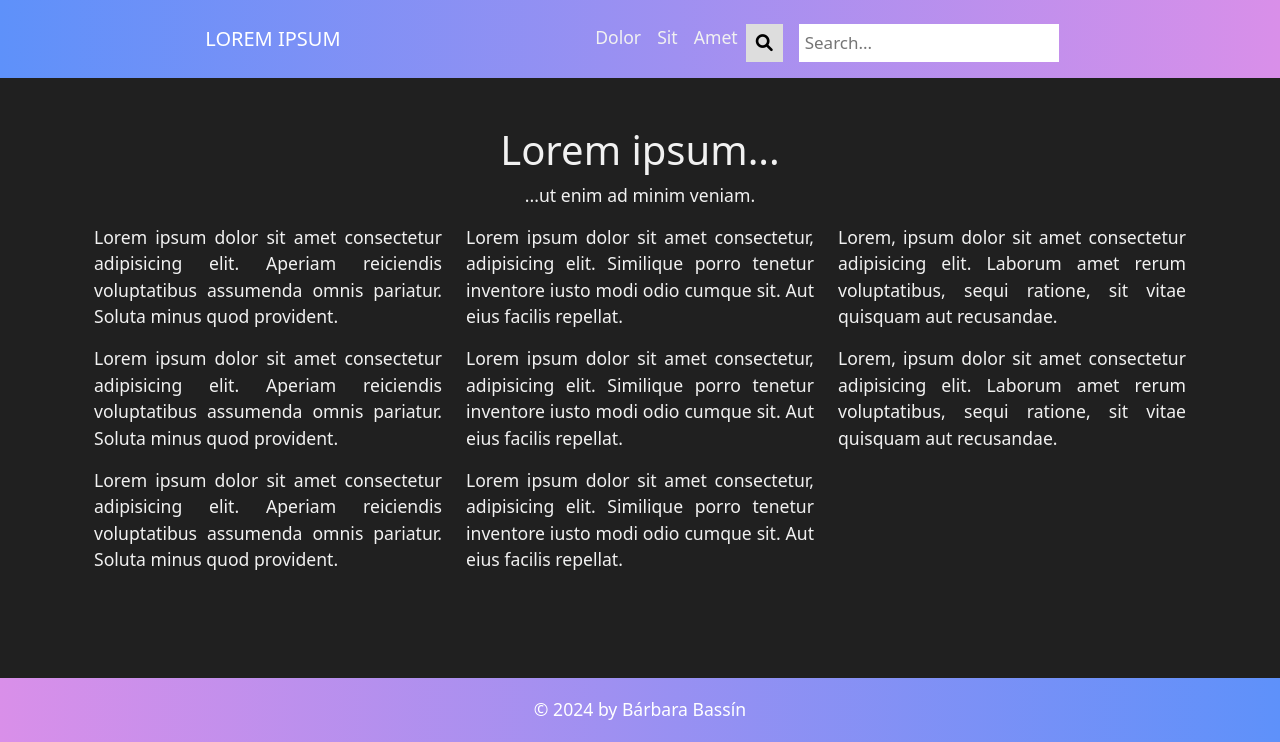
Repository: romancegirl/responsiveness
Page: index.html
The author's editor kept a copy of each file at every save. The page is drawn from the files as they stood at one save, then again after the next save.
The browser window is 1280 px wide. The pictures show the whole page.

Above is the page before, as saved 2024-11-19 19:40:22.

### index.html
<!DOCTYPE html>
<html lang="en">

<head>
    <meta charset="UTF-8">
    <meta name="viewport" content="width=device-width, initial-scale=1.0">
    <title>Portfolio - Bárbara Bassín</title>
    <link href="https://cdn.jsdelivr.net/npm/bootstrap@5.3.0/dist/css/bootstrap.min.css" rel="stylesheet">
    <link rel="stylesheet" href="https://cdnjs.cloudflare.com/ajax/libs/font-awesome/6.0.0-beta3/css/all.min.css">
    <link rel="stylesheet" href="css/header-and-footer.css">
    <link rel="stylesheet" href="css/styles.css">
</head>

<body>
    <!-- Header -->
    <header class="py-2">
        <div class="container d-flex justify-content-around align-items-center" id="profile">
            <h5 class="m-0">LOREM IPSUM</h5>
            <nav class="navbar navbar-expand-lg">
                <button class="navbar-toggler" type="button" data-bs-toggle="collapse" data-bs-target="#navbarNav"
                    aria-controls="navbarNav" aria-expanded="false" aria-label="Toggle navigation">
                    <i class="fas fa-bars"></i>
                </button>
                <div class="collapse navbar-collapse" id="navbarNav">
                    <ul class="navbar-nav ms-auto">
                        <li class="nav-item"><a class="nav-link">Dolor</a></li>
                        <li class="nav-item"><a class="nav-link">Sit</a></li>
                        <li class="nav-item"><a class="nav-link">Amet</a></li>
                        <div class="search-container">
                            <form action="/action_page.php">
                              <input type="text" placeholder="Search..." name="search">
                              <button type="submit"><i class="fa fa-search"></i></button>
                            </form>
                          </div>
                    </ul>
                </div>
            </nav>
        </div>
    </header>



    <!-- Main -->
    <main class="container my-5">
        <div>
            <h1>Lorem ipsum...</h1>
            <div id="textCarousel" class="carousel slide" data-bs-ride="carousel" data-bs-interval="2000">
                <div class="carousel-inner">
                    <div class="carousel-item active">
                        <p>...olor sit amet, consectetur adipiscing elit...</p>
                    </div>
                    <div class="carousel-item">
                        <p>...sed do eiusmod tempor incididunt ut labore...</p>
                    </div>
                    <div class="carousel-item">
                        <p>...ut enim ad minim veniam.</p>
                    </div>
                </div>
            </div>
        </div>



        <div class="container text-center">
            <div class="row">
                <div class="col-6 col-md-4 paragraph">Lorem ipsum dolor sit amet consectetur adipisicing elit. Aperiam
                    reiciendis
                    voluptatibus assumenda omnis pariatur. Soluta minus quod provident.</div>
                <div class="col-6 col-md-4 paragraph">Lorem ipsum dolor sit amet consectetur, adipisicing elit.
                    Similique porro
                    tenetur inventore iusto modi odio cumque sit. Aut eius facilis repellat.</div>
                <div class="col-6 col-md-4 paragraph">Lorem, ipsum dolor sit amet consectetur adipisicing elit. Laborum
                    amet rerum
                    voluptatibus, sequi ratione, sit vitae quisquam aut recusandae.</div>
                <div class="col-6 col-md-4 paragraph">Lorem ipsum dolor sit amet consectetur adipisicing elit. Aperiam
                    reiciendis
                    voluptatibus assumenda omnis pariatur. Soluta minus quod provident.</div>
                <div class="col-6 col-md-4 paragraph">Lorem ipsum dolor sit amet consectetur, adipisicing elit.
                    Similique porro
                    tenetur inventore iusto modi odio cumque sit. Aut eius facilis repellat.</div>
                <div class="col-6 col-md-4 paragraph">Lorem, ipsum dolor sit amet consectetur adipisicing elit. Laborum
                    amet rerum
                    voluptatibus, sequi ratione, sit vitae quisquam aut recusandae.</div>
                <div class="col-6 col-md-4 paragraph">Lorem ipsum dolor sit amet consectetur adipisicing elit. Aperiam
                    reiciendis
                    voluptatibus assumenda omnis pariatur. Soluta minus quod provident.</div>
                <div class="col-6 col-md-4 paragraph">Lorem ipsum dolor sit amet consectetur, adipisicing elit.
                    Similique porro
                    tenetur inventore iusto modi odio cumque sit. Aut eius facilis repellat.</div>
            </div>
        </div>



    </main>

    <!-- Footer -->
    <footer class="bg-dark text-center py-2">
        <div>&copy; 2024 by Bárbara Bassín</div>
    </footer>
    <script src="js/script.js"></script>
    <script src="https://cdn.jsdelivr.net/npm/bootstrap@5.3.0/dist/js/bootstrap.bundle.min.js"></script>
</body>

</html>

### css/header-and-footer.css
header {
    background: linear-gradient(to right, #5E91FA, #d98fe9);
    color: #fff;
    position: relative;
}


main {
    min-height: 70vh;
    padding-bottom: 1rem;
    box-sizing: border-box;
}

a.nav-link {
    color: #f1f1f1;
}

a.nav-link:hover {
    color: #f6c7de;
    transition: color 0.3s, text-shadow 0.3s;
    transform: scale(1.05);
}


.navbar input[type=text] {
    float: right;
    padding: 6px;
    margin-top: 8px;
    margin-right: 16px;
    border: none;
    font-size: 17px;
}

.navbar .search-container {
    float: right;
}

.navbar .search-container button {
    float: right;
    padding: 6px 10px;
    margin-top: 8px;
    margin-right: 16px;
    background: #ddd;
    font-size: 17px;
    border: none;
    cursor: pointer;
}

.navbar .search-container button:hover {
    background: #ccc;
}


/* navbar-toggle */

.navbar-toggler {
    border-color: #fff;
}

.navbar-toggler .fas {
    color: #fff;
    /* Cambia el color del ícono */
}

.navbar-collapse {
    justify-content: flex-end;
}

.navbar-toggler:hover {
    cursor: pointer;
}

.navbar-toggler:focus {
    outline: none;
    box-shadow: none;
}

@media (max-width: 995px) {

    .navbar-collapse {
        display: none;
        position: absolute;
        top: 134%;
        left: -55px;
        width: 100%;
        z-index: 999;
        flex-direction: column-reverse;
        align-items: center;
    }

    .navbar-collapse.show {
        display: flex;
    }

    .navbar-nav {
        background: linear-gradient(to right, #5e92fae0, #d98fe9dc);
        color: #fff;
        padding: 1.5rem;
        border-radius: 0 0 100px 100px;
        font-weight: bold;
        text-align: center;
    }

    .navbar-nav:hover {
        cursor: pointer;

    }

    a.nav-link:hover {
        color: #f6c7de;
        transition: color 0.3s, text-shadow 0.3s;
        transform: scale(1.05);
    }

    .navbar-nav .nav-item {
        margin: 10px 0;
    }

    .navbar a,
    .navbar input[type=text] {
        float: none;
        display: block;
        text-align: left;
        width: 100%;
        margin: 0;
        padding: 14px;
    }

    .navbar input[type=text] {
        border: 1px solid #ccc;
    }

}

footer {
    background: linear-gradient(to right, #d98fe9, #5E91FA);
    color: #fff;
    bottom: 0;
    min-height: 4rem;
    display: flex;
    justify-content: center;
    align-items: center;
}

### css/styles.css
body {
    background-color: #202020;
    color: #f1f1f1;
    font-size: 110%;
}

/* Profile and resume */

.profile-photo {
    width: 250px;
    height: 250px;
    border: #a5c3ffcd;
    border-style: double;
    border-width: 5px;
    border-radius: 70px;
    display: flex;
    justify-content: center;
    align-items: center;
    overflow: hidden;
    /* Oculta cualquier parte de la imagen que se desborde */
    float: right;
}

/* titles */

h1 {
    text-align: center;
}

h2,
h3,
h4 {
    background: linear-gradient(#d98fe9, #5E91FA);
    -webkit-background-clip: text;
    background-clip: text;
    -webkit-text-fill-color: transparent;
}



/* General */

#textCarousel {
    width: 40rem;
    margin: auto;
}

p {
    text-align: center;
}

.row {
    text-align: justify;
}

.paragraph {
margin-bottom: 1rem;
}

/* Responsiveness */

.title-small,
.title-x-small {
    display: none;
}

@media screen and (max-width: 1400px) {

    .title-large,
    .title-x-small {
        display: none;
    }

    .title-small {
        display: block;
    }
}

@media screen and (max-width: 768px) {

    .title-large,
    .title-small {
        display: none;
    }

    .title-x-small {
        display: block;
        text-align: center;

    }

    #textCarousel {
        max-width: 90%; /* Usa un tamaño relativo en lugar de fijo */
    }
}

### js/script.js
document.addEventListener('click', function(event) {
    var navbar = document.querySelector('.navbar-collapse');
    var toggler = document.querySelector('.navbar-toggler');

    // Si el menú está abierto y se hace clic fuera de él, lo cierra
    if (navbar.classList.contains('show') && !navbar.contains(event.target) && !toggler.contains(event.target)) {
        var bsCollapse = new bootstrap.Collapse(navbar, {
            toggle: false
        });
        bsCollapse.hide();
    }
});

// Cerrar el menú automáticamente al hacer clic en cualquier enlace
var navLinks = document.querySelectorAll('.nav-link');
navLinks.forEach(function(link) {
    link.addEventListener('click', function() {
        var navbar = document.querySelector('.navbar-collapse');
        var bsCollapse = new bootstrap.Collapse(navbar, {
            toggle: false
        });
        bsCollapse.hide();
    });
});

After the next save:
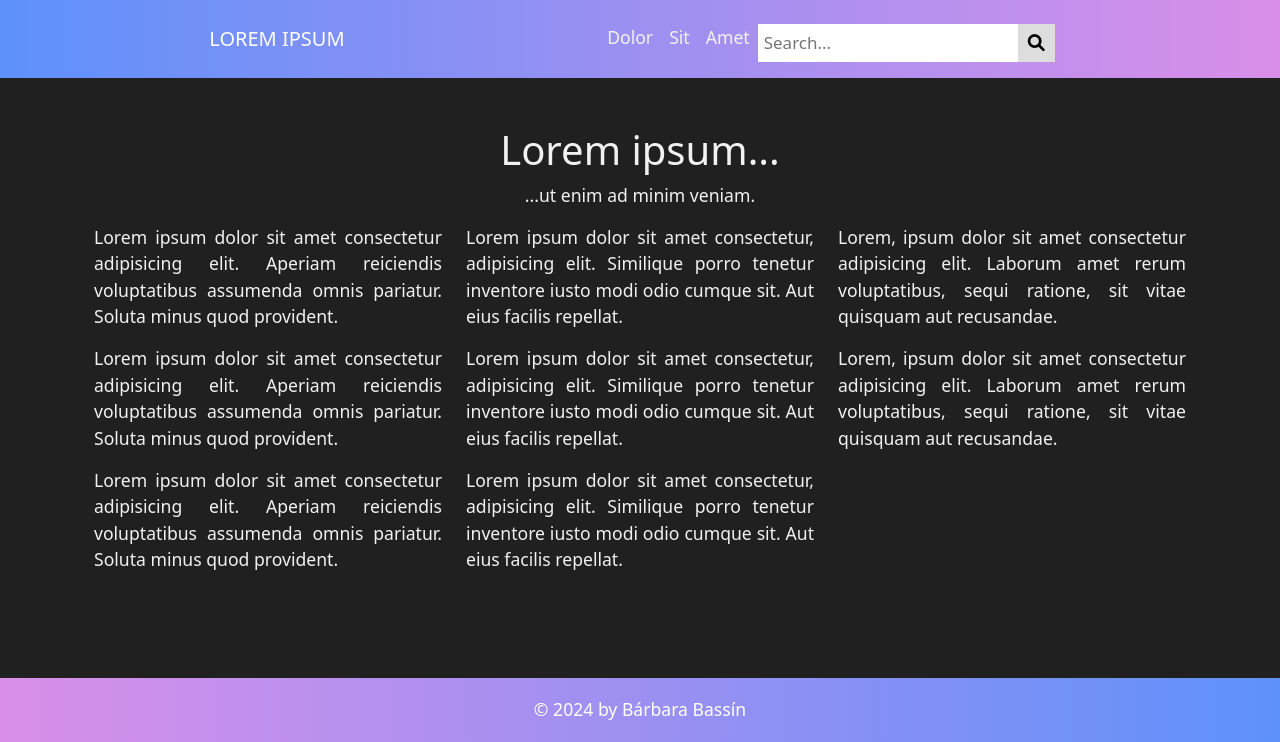
Saved 45 s later.
--- a/css/header-and-footer.css
+++ b/css/header-and-footer.css
@@ -23,12 +23,10 @@ a.nav-link:hover {
 
 
 .navbar input[type=text] {
-    float: right;
     padding: 6px;
     margin-top: 8px;
-    margin-right: 16px;
+    font-size: 17px;
     border: none;
-    font-size: 17px;
 }
 
 .navbar .search-container {
